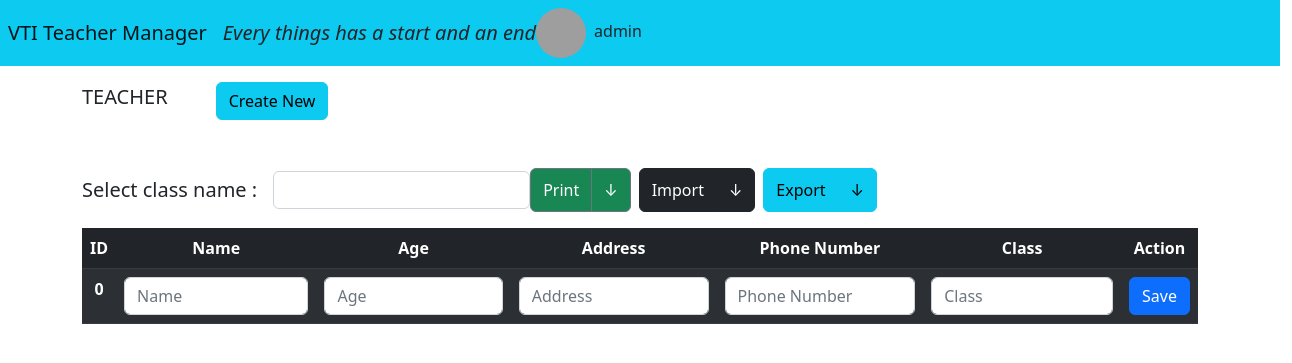
Repository: NPhanA/React2022
Page: / (app in Final Day - Test/final-test/)
The author's editor kept a copy of each file at every save. The page is drawn from the files as they stood at one save, then again after the next save.
The browser window is 1280 px wide. The page is 1292 px wide, so the pictures cover 1292 px, including what lies to the right of the window. The pictures show the whole page.
Pictures or frames that could not be fetched are drawn as grey boxes. The project was rebuilt for these pictures with package versions that can differ from the ones it lists, and the page was loaded fresh each time. Also part of the build but not shown: Final Day - Test/final-test/src/App.css, Final Day - Test/final-test/src/App.js.

Above is the page before, as saved 2022-08-03 19:13:25.

After the next save:
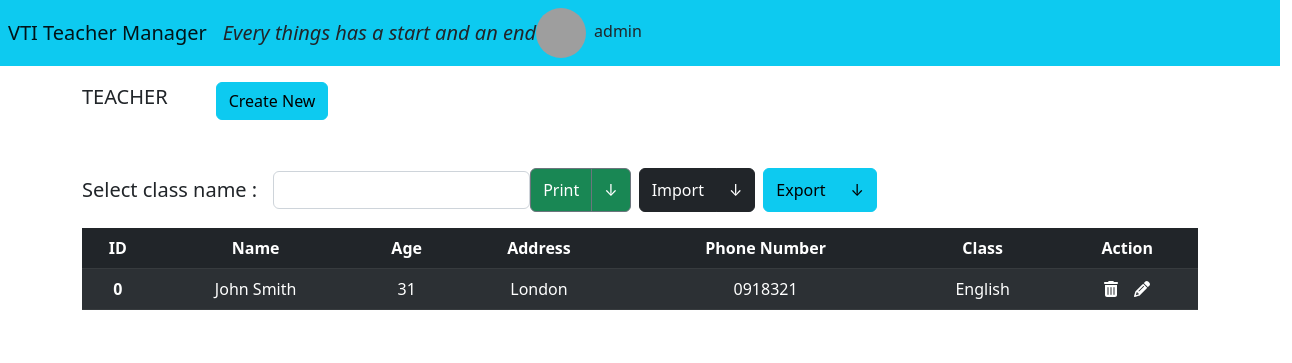
Saved 74 s later.
--- a/Final Day - Test/final-test/src/Component/Manager.js
+++ b/Final Day - Test/final-test/src/Component/Manager.js
@@ -10,7 +10,7 @@ export default function TeacherManager() {
     let [teacher, setTeachers] = useState([
         { id: 0, name: "John Smith", age: 31, address: "London", phoneNumber: "0918321", teachedClass: "English" },
     ])
-    let [editContactID, setEditID] = useState(0);
+    let [editContactID, setEditID] = useState(null);
     let [editFormData, setEditFormData] = useState([
         { id: 0, name: "John Smith", age: 31, address: "London", phoneNumber: "0918321", teachedClass: "English" },
     ]);
